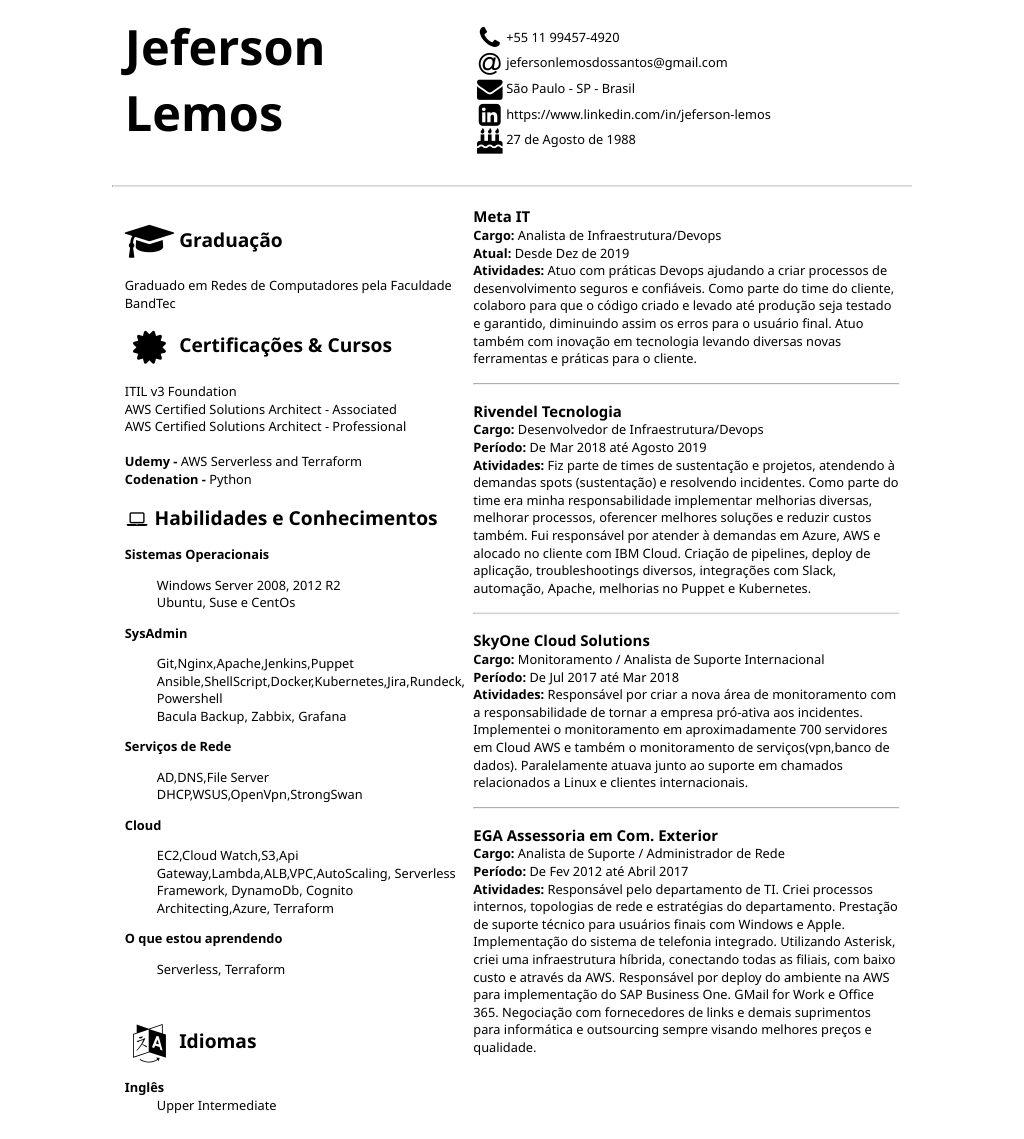
Repository: jefersonlemos/Resume-pt
Page: index.html
The author's editor kept a copy of each file at every save. The page is drawn from the files as they stood at one save, then again after the next save.
The browser window is 1280 px wide. The pictures show the whole page, at 80% of full size.

Above is the page before, as saved 2020-06-15 12:00:57.

### index.html
<!DOCTYPE html>

<html lang="en">
<head>
    <meta charset="utf-8" />
    <title>Jeferson Lemos PT</title>
    <link rel="stylesheet" href="./css/normalize.css" type="text/css" />
    <link rel="stylesheet" href="./css/app.css" type="text/css" />
    <link rel="stylesheet" href="./css/font-awesome.min.css" type="text/css" />
</head>
<body>
    <div class="content">
        <header>
            <section>
                <h1>Jeferson <br />Lemos</h1>
            </section>
            <section>
                <ul>
                    <li>
                        <i class="fa fa-fw fa-2x fa-phone"></i>+55 11 99457-4920
                    </li>
                    <li>
                        <i class="fa fa-fw fa-2x fa-at"></i>jefersonlemosdossantos@gmail.com
                    </li>
                    <li>
                        <i class="fa fa-fw fa-2x fa-envelope"></i>São Paulo - SP - Brasil
                    </li>
                    <li>
                        <i class="fa fa-fw fa-2x fa-linkedin-square"></i>https://www.linkedin.com/in/jeferson-lemos
                    </li>
                    <li>
                        <i class="fa fa-fw fa-2x fa-birthday-cake"></i>27 de Agosto de 1988
                    </li>
                </ul>
            </section>
        </header>
        <hr />
        <main>
            <section>
                <article>
                    <h2><i class="fa fa-fw fa-2x fa-graduation-cap"></i> Graduação</h2>
                        Graduado em Redes de Computadores pela Faculdade BandTec

                </article>
                <article>
                    <h2><i class="fa fa-fw fa-2x fa-certificate"></i> Certificações & Cursos</h2>

                        ITIL v3 Foundation </br>
                        AWS Certified Solutions Architect - Associated </br>
                        AWS Certified Solutions Architect - Professional</br>
						</br>

					<b>Udemy - </b>AWS Serverless and Terraform</br>
					<b>Codenation - </b> Python </br>

                </article>
				 <article>
                    <h2><i class="fa fa-fw fa-6x fa-laptop"></i> Habilidades e Conhecimentos</h2>
                    <dl>
                        <dt>Sistemas Operacionais</dt>
                        <dd>
                            <ul>
                                <li>Windows Server 2008, 2012 R2</li>
                                <li>Ubuntu, Suse e CentOs</li>
                            </ul>
                        </dd>
                        <dt>SysAdmin</dt>
                        <dd>
                            <ul>
                                <li>Git,Nginx,Apache,Jenkins,Puppet</li>
                                <li>Ansible,ShellScript,Docker,Kubernetes,Jira,Rundeck, Powershell </li>
                                <li>Bacula Backup, Zabbix, Grafana</li>

                            </ul>
                        </dd>
                        <dt>Serviços de Rede</dt>
                        <dd>
                            <ul>
                                <li>AD,DNS,File Server DHCP,WSUS,OpenVpn,StrongSwan</li>
                            </ul>
                        </dd>
                        <dt>Cloud</dt>
                        <dd>
                            <ul>
                                <li>EC2,Cloud Watch,S3,Api Gateway,Lambda,ALB,VPC,AutoScaling, Serverless Framework, DynamoDb, Cognito</li>
                                <li>Architecting,Azure, Terraform </li>
                            </ul>
                        </dd>
                        <dt>O que estou aprendendo</dt>
                        <dd>
                            <ul>
                                <li>Serverless, Terraform</li>
                            </ul>
                        </dd>
                    </dl>
                </article>
                <br />
                <article>
                    <h2><i class="fa fa-fw fa-2x fa-language"></i> Idiomas</h2>
                    <dl>
                        <dt>Inglês</dt>
                        <dd>Upper Intermediate</dd>
                    </dl>
                </article>
            </section>
            <section>
                <article>
                    <h3>Meta IT</h3>
                    <strong>Cargo:</strong> Analista de Infraestrutura/Devops <br />
                    <strong>Atual:</strong> Desde Dez de 2019<br />
                    <strong>Atividades:</strong> Atuo com práticas Devops ajudando a criar processos de desenvolvimento seguros e confiáveis. Como parte do time do cliente,
                     colaboro para que o código criado e levado até produção seja testado e garantido, diminuindo assim os erros para o usuário final.
                     Atuo também com inovação em tecnologia levando diversas novas ferramentas e práticas para o cliente.
                    <hr />
					<h3>Rivendel Tecnologia</h3>
                    <strong>Cargo:</strong> Desenvolvedor de Infraestrutura/Devops <br />
                    <strong>Período:</strong> De Mar 2018 até Agosto 2019<br />
                    <strong>Atividades:</strong> Fiz parte de times de sustentação e projetos, atendendo à demandas spots (sustentação) e resolvendo incidentes.
                    Como parte do time era minha responsabilidade implementar melhorias diversas, melhorar processos, oferencer melhores soluções e reduzir custos também.
                    Fui responsável por atender à demandas em Azure, AWS e alocado no cliente com IBM Cloud. Criação de pipelines, deploy de aplicação, troubleshootings diversos,
                     integrações com Slack, automação, Apache, melhorias no Puppet e Kubernetes.
                    <hr />
		            <h3>SkyOne Cloud Solutions</h3>
                    <strong>Cargo:</strong> Monitoramento / Analista de Suporte Internacional <br />
                    <strong>Período:</strong> De Jul 2017 até Mar 2018<br />
                    <strong>Atividades:</strong> Responsável por criar a nova área de monitoramento com a responsabilidade de tornar a empresa pró-ativa aos incidentes.
                    Implementei o monitoramento em aproximadamente 700 servidores em Cloud AWS e também o monitoramento de serviços(vpn,banco de dados).
			        Paralelamente atuava junto ao suporte em chamados relacionados a Linux e clientes internacionais.
                    <hr />
                    <h3>EGA Assessoria em Com. Exterior</h3>
                    <strong>Cargo:</strong> Analista de Suporte / Administrador de Rede  <br />
                    <strong>Período:</strong> De Fev 2012 até Abril 2017<br />
                    <strong>Atividades:</strong> Responsável pelo departamento de TI. Criei processos internos, topologias de rede e estratégias do departamento.
                    Prestação de suporte técnico para usuários finais com Windows e Apple. Implementação do sistema de telefonia integrado. Utilizando Asterisk,
                    criei uma infraestrutura híbrida, conectando todas as filiais, com baixo custo e através da AWS. Responsável por deploy do ambiente na AWS para
                    implementação do SAP Business One. GMail for Work e Office 365. Negociação com fornecedores de links e demais suprimentos para informática e outsourcing
                    sempre visando melhores preços e qualidade.
                    <!-- <hr />
                    <h3>Kosmos Tecnologia</h3>
                    <strong>Cargo:</strong> Empreendedor<br />
                    <strong>Período:</strong> De Nov 2009 até Fev 2012<br />
                    <strong>Atividades:</strong> Eu fui um empreendedor e fui responsável por prover suporte técnico (hardware e software) para os clientes.
                    Fui também responsável por procurar novos clientes.
                    Prestei consultoria para pequenas empresas montando novos escritórios, criando websites, politicas de rede, backups e melhorias na rede.
                    Migrei um grande site chamado famosidades.com.br de um pequeno hosting para um hosting maior e mais seguro, migrei de Windows para Linux.
                    <hr /> -->
                   <!-- <h3>Stefanini IT Solutions</h3>
                    <strong>Cargo:</strong> Analista de Suporte I & II<br />
                    <strong>Periodo:</strong> De Nov 2008 até Nov 2009<br />
                    <strong>Atividades :</strong> Meu primeiro emprego, eu prestei suporte técnico em início de carreira. Participei de um projeto de migração de
                    1000 hosts de um domínio Windows 2003 para um novo domínio WIndows 2008.
                    <hr />-->
                </article>
            </section>
        </main>
        <footer>

        </footer>
    </div>
</body>
</html>

### css/app.css
body {
    font-family: 'Segoe UI', sans-serif;
}

.content {
    width: 1000px;
    margin: 0 auto;
}

header,
main {
    display: flex;
    padding: 1rem;
}

    header section,
    main section {
        -ms-flex: 1;
        flex: 1;
    }
    header section:first-child,
    main section:first-child {
        max-width: 45%;
    }

header h1 {
    font-size: 3.8rem;
    margin: 0;
}
main h3 {
    margin: 0;
}
main hr {
    margin: 20px 0;
}
header .fa,
main .fa {
    vertical-align: middle;
}
ul {
    list-style: none;
    padding: 0;
}

dt {
    font-weight: bold;
}

Loaded but not shown: css/normalize.css (library); css/font-awesome.min.css (library)

After the next save:
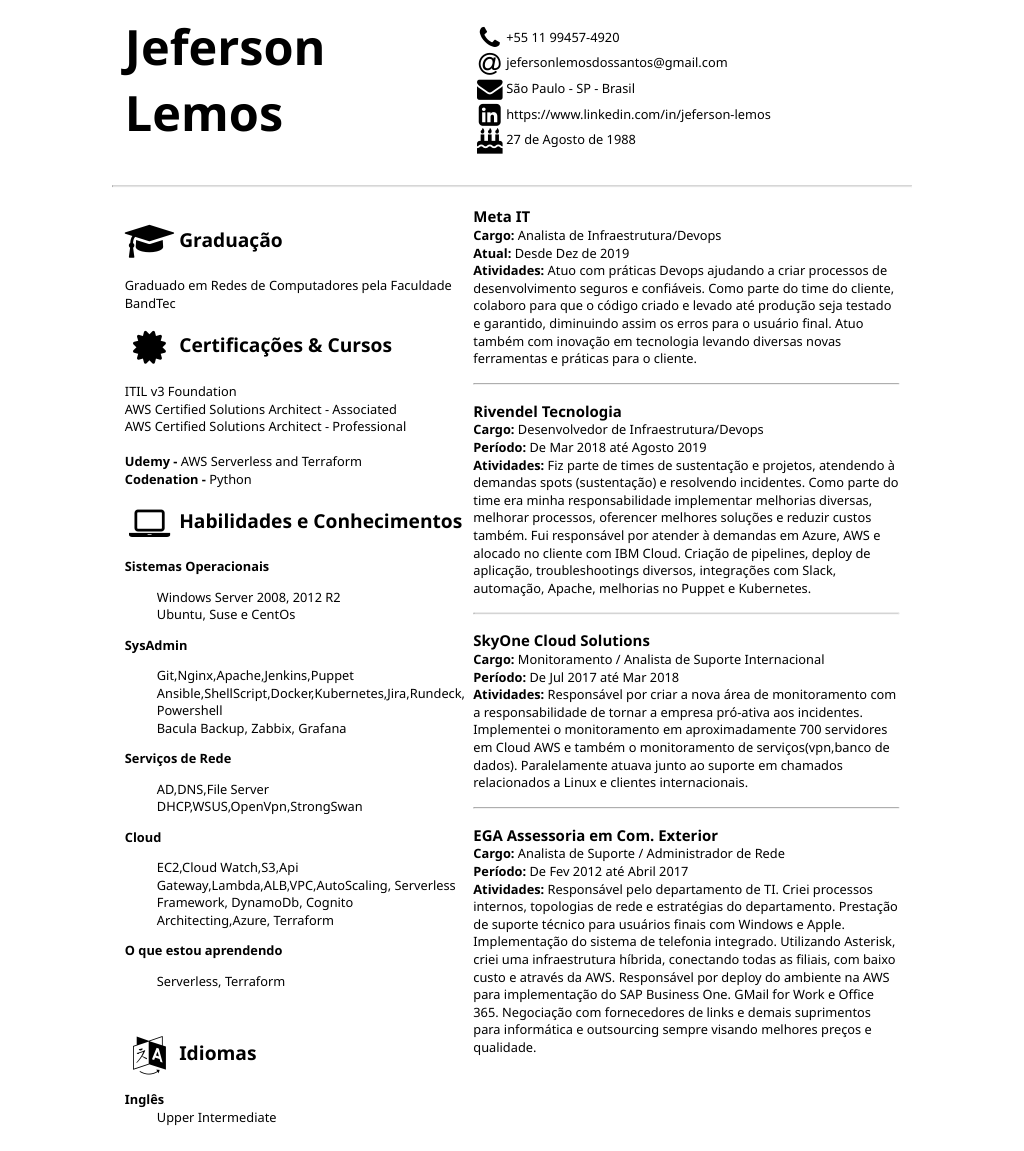
Saved 5 s later.
--- a/index.html
+++ b/index.html
@@ -55,7 +55,7 @@
 
                 </article>
 				 <article>
-                    <h2><i class="fa fa-fw fa-6x fa-laptop"></i> Habilidades e Conhecimentos</h2>
+                    <h2><i class="fa fa-fw fa-2x fa-laptop"></i> Habilidades e Conhecimentos</h2>
                     <dl>
                         <dt>Sistemas Operacionais</dt>
                         <dd>
